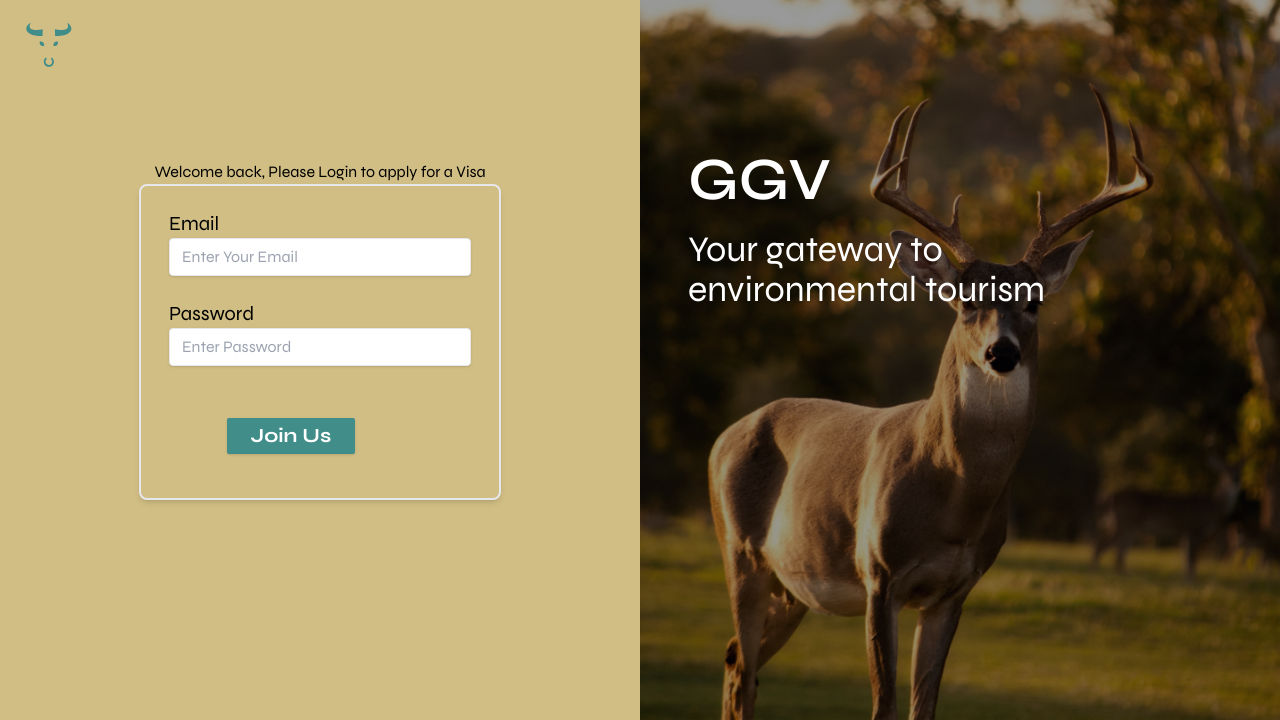
Repository: EngrAhmadUmar/landing-page
Page: /login
The author's editor kept a copy of each file at every save. The page is drawn from the files as they stood at one save, then again after the next save.
The browser window is 1280 px wide. The pictures show the whole page.
The project was rebuilt for these pictures with package versions that can differ from the ones it lists, and the page was loaded fresh each time. The framework's server and built-in components were replaced by stand-ins that run in the browser. Also part of the build but not shown: next.config.js, styles/Home.module.css, src/Components/ApplyPageComponents/ApplyForm.jsx, src/Components/ApplyPageComponents/RegisterForm.jsx.

Above is the page before, as saved 2022-07-08 15:14:15.

### pages/_app.js
import "../styles/globals.css";
import { ApolloClient, InMemoryCache, ApolloProvider } from "@apollo/client";

//apollo clients
const client = new ApolloClient({
  uri: "http://localhost:1337/graphql",
  cache: new InMemoryCache()
});

function MyApp({ Component, pageProps }) {
  return (
    <ApolloProvider client={client}>
      <Component {...pageProps} />
    </ApolloProvider>
  );
}

export default MyApp;

### pages/login.js
import React from "react";
import {
  LoginForm,
} from "../src/Components/ApplyPageComponents/Index";

export default function Login() {
  return (
    <React.Fragment>
      <div className="bg-[#000107] font-syne ">
        <LoginForm />
      </div>
    </React.Fragment>
  );
}

### styles/globals.css
@import url("https://fonts.googleapis.com/css2?family=Poppins:wght@400;500;600&family=Syne:wght@400;500;600;700&display=swap");

@tailwind base;
@tailwind components;
@tailwind utilities;

### src/Components/ApplyPageComponents/Index.jsx
export { default as ApplyForm } from "./ApplyForm";
export { default as LoginForm } from "./LoginForm";
export { default as RegisterForm } from "./RegisterForm";

### src/Components/ApplyPageComponents/LoginForm.jsx
import { useMutation } from "@apollo/client";
import Head from "next/head";
import { useState } from "react";
import Image from "next/image";
import FormButton from "./FormButton";
import { AUTH_TOKEN } from "../constant";
import { LOGIN_MUTATION } from "../../mutations/auth";

const Login = () => {
  const [username, setUsername] = useState("");
  const onChangeUsername = (e) => {
    setUsername(e.target.value);
  };
  const [password, setPassword] = useState("");
  const onChangePassword = (e) => {
    setPassword(e.target.value);
  };

  const onSubmit = (e) => {
    e.preventDefault();
    if (username === "" || password === "") {
      return alert("please fill in all fields");
    }
    login(username, password);

    setUsername("");
    setPassword("");
  };

  const [login, { data, loading, error }] = useMutation(LOGIN_MUTATION, {
    variables: {
      username: username,
      password: password
    }
  });

  if (data) {
    localStorage.setItem(AUTH_TOKEN, data.login.jwt);
    console.log(data);
    localStorage.setItem("user", JSON.stringify(data));
    console.log("user logged in");
  }

  return (
    <div className="font-syne bg-[#d1be84] bg-cover grid grid-col-1 md:grid-cols-2 md:h-[100vh]">
      <Head>
        <title>Login</title>
        <meta name="description" content="Login to GGV" />
      </Head>
      <div>
        <div className="w-[50px] h-40 pt-5 ml-6">
          <Image
            src="/logo.svg"
            layout="responsive"
            width={5}
            height={5}
            opacity={100}
          />
        </div>
        <h3 className="text-center">
          Welcome back, Please Login to apply for a Visa
        </h3>
        <div className="flex justify-center">
          <form
            onSubmit={onSubmit}
            className="pt-6 pb-8 mb-4 border-2 rounded-lg shadow-md px-7 border-gray "
          >
            <div className="mb-6">
              <label className="text-lg md:text-xl">Email</label>
              <input
                type="email"
                className="w-full px-3 py-2 leading-tight text-gray-700 border rounded shadow appearance-none focus:outline-none focus:shadow-outline"
                name="username"
                onChange={onChangeUsername}
                placeholder="Enter Your Email"
                value={username}
              />
            </div>

            <div className="mb-4">
              <label className="text-lg md:text-xl">Password</label>
              <input
                type="password"
                name="password"
                value={password}
                onChange={onChangePassword}
                placeholder="Enter Password"
                className="w-full px-3 py-2 leading-tight text-gray-700 border rounded shadow appearance-none focus:outline-none focus:shadow-outline"
              />
            </div>

            <div className="mt-5 ml-[8vh]">
              <FormButton buttonInfo={loading ? "Sending" : "Join Us"} />
            </div>
          </form>
        </div>
      </div>

      <div className=" flex bg-[url('/apply_for_visa_bg.png')]  bg-cover bg-no-repeat sm:bg-center md:bg-bottom lg:bg-bottom xl:bg-bottom 2xl:center">
        <div className="mt-[50px] md:mt-[150px] mx-4 md:mx-12">
          <h3
            className=" text-white
           text-4xl md:text-5xl lg:text-6xl font-semibold"
          >
            GGV
          </h3>
          <p className="max-w-md md:max-w-xl text-2xl md:text-4xl mt-5 text-white">
            Your gateway to <br></br>environmental tourism
          </p>
        </div>
      </div>
    </div>
  );
};

export default Login;

### src/Components/ApplyPageComponents/FormButton.jsx
const FormButton = ({ buttonInfo }) => {
  return (
    <button className="shadow bg-green focus:shadow-outline focus:outline-none text-white font-bold px-6 md:text-xl  rounded-sm mt-8 mb-3 py-1">
      {buttonInfo}
    </button>
  );
};

export default FormButton;

### src/mutations/auth.jsx
import { gql } from "@apollo/client";

const SIGNUP_MUTATION = gql`
  mutation  register($username: String!, $password: String!, $email:String!) {
    register(input: {username:$username, email: $email password:$password}) {
        jwt
        user {
            id
            email
            username
        }
    }
}

`;

const LOGIN_MUTATION = gql`
  mutation  login($username: String!, $password: String!) {
    login(input: {identifier:$username, password:$password}) {
        jwt
        user {
            id
            email
        }
    }
}

`;


export { SIGNUP_MUTATION, LOGIN_MUTATION };

### tailwind.config.js
/** @type {import('tailwindcss').Config} */
module.exports = {
  content: [
    "./pages/**/*.{js,ts,jsx,tsx}",
    "./components/**/*.{js,ts,jsx,tsx}",
    "./src/Components/**/*.{js,ts,jsx,tsx}"
  ],
  theme: {
    extend: {
      colors: {
        black: "#000107",
        green: "#418D89"
      },
      fontFamily: {
        syne: ["Syne"]
      }
    }
  },
  plugins: []
};

Loaded but not shown: src/Components/constant.jsx (common file)

After the next save:
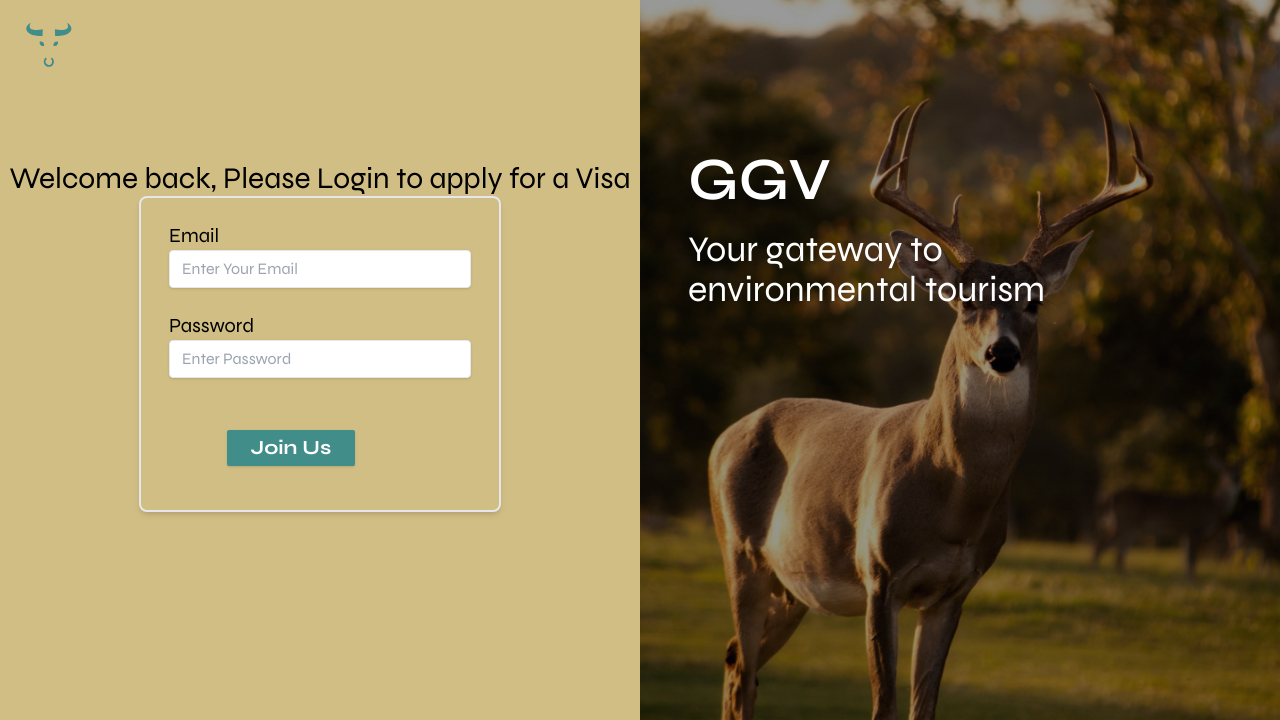
Saved 9 s later.
--- a/src/Components/ApplyPageComponents/LoginForm.jsx
+++ b/src/Components/ApplyPageComponents/LoginForm.jsx
@@ -57,7 +57,7 @@ const Login = () => {
             opacity={100}
           />
         </div>
-        <h3 className="text-center">
+        <h3 className="text-center text-3xl">
           Welcome back, Please Login to apply for a Visa
         </h3>
         <div className="flex justify-center">
